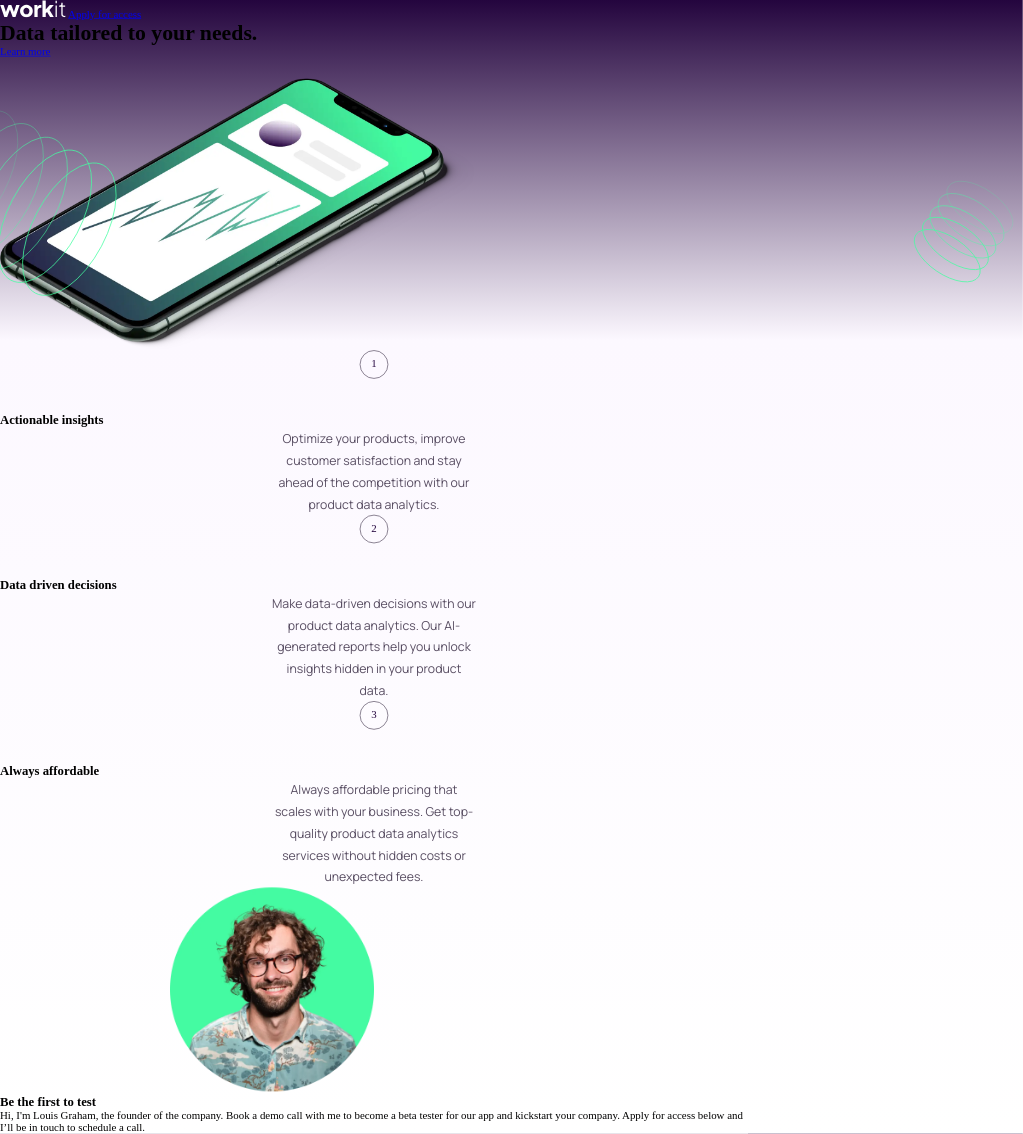
Repository: Arkitecth/landing_page
Page: starter-code/index.html
These files come from the project's save history. The page is drawn as it stood at one moment and after the next save; the edit follows.
The browser window is 1280 px wide. The page is 1504 px wide, so the pictures cover 1504 px, including what lies to the right of the window. The pictures show the whole page, at 68% of full size.

Above is the page before, as saved 2023-05-25 16:26:56.

### starter-code/index.html
<!DOCTYPE html>
<html lang="en">
<head>
  <meta charset="UTF-8">
  <meta http-equiv="X-UA-Compatible" content="IE=edge">
  <meta name="viewport" content="width=device-width, height=device-height, initial-scale=1.0, minimum-scale=1.0">
  <title>Work-it | Landing Page</title>
  <link rel="stylesheet" href="styles.css">
</head>
<body>
  <header id="header">
    <object class="bg-pattern-1" data="assets/images/bg-pattern-1.svg"></object>
    <object class="bg-pattern-2"data="assets/images/bg-pattern-2.svg"></object>
    <div class="container">
      <nav>
        <object data="assets/images/logo-light.svg"></object>
        <a class="btn-secondary" href="#">Apply for access</a>
      </nav>
      <div class="showcase">

        <h1>Data <span>tailored</span> to your needs.</h1>
        <a class="btn-primary"href="#">Learn more</a>
        <object class="image-hero" data="assets/images/image-hero.webp"></object>
      </div>
    </div>

  </header>


  <section id="feature">
    <div class="container grid">
      <div class="feature-content">
        <p class="feature-num">1</p>
        <h3>Actionable insights</h3>
        <p class="feature-paragraph">Optimize your products, improve customer satisfaction and stay ahead of the competition with our product data analytics.</p>
      </div>

      <div class="feature-content">
        <p class="feature-num">2</p>
        <h3>Data driven decisions</h3>
        <p class="feature-paragraph">Make data-driven decisions with our product data analytics. Our AI-generated reports help you unlock insights hidden in your product data.</p>
      </div>

      <div class="feature-content">
        <p class="feature-num">3</p>
        <h3>Always affordable</h3>
        <p class="feature-paragraph">Always affordable pricing that scales with your business. Get top-quality product data analytics services without hidden costs or unexpected fees.</p>
      </div>
    </div>
  </section>


  <section id="about">
    <div class="container">
        <object class="image-founder" data="assets/images/image-founder.webp" width="300" height="300"></object>
        <div class="about-text">
          <h3> Be the first to test </h3>
          <p> Hi, I'm Louis Graham, the founder of the company. Book a demo call with me to become a
          beta tester for our app and kickstart your company. Apply for access below and I’ll be
          in touch to schedule a call. </p>
        </div>
    </div>
  </section>
</body>
</html>

### starter-code/styles.css
@font-face {
    font-family: "Fraunces";
    src: url("/Users/trenttuedon/Desktop/workit-landing-page/starter-code/assets/fonts/fraunces/Fraunces-VariableFont_SOFT,WONK,opsz,wght.ttf");

}

@font-face {
    font-family: "Manrope";
    src: url("starter-code/assets/fonts/manrope/Manrope-VariableFont_wght.ttf");

}

* {
    margin: 0;
    padding: 0;
}

html,body {
    background: linear-gradient(180deg, rgba(36,5,62,1) 0%, rgba(252,248,255,1) 30%, rgba(255,255,255,1) 100%);
    width: 1100px;
}


/* Showcase */
.container {
    max-width: 1100px;
    margin:  auto;
}

.overlay {
    width: 1500px;
    max-width: 1500px;
    height: 730px;
    background-color: #24053e;
    border-radius: 100% /0 0 80px 80px;
}
.navbar {
    color: #fff;
    display: flex;
    justify-content: space-between;
    position: relative;
    top: 50px;
}

.navbar a {
    text-decoration: none;
    color: #fff;
}

.secondary-default {
    font-family: sans-serif;
    border-bottom: 3px solid #44ffa1;
}

.secondary-default:hover {
    color: #44ffa1;
}

.bg-pattern-1 {
   position: absolute;
   left: -140px;
   top: 140px;
}

.bg-pattern-2 {
    position: absolute;
    left: 1330px;
    top: 250px;
 }

.heading {
    justify-content: center;
    width: 635px;
    height: 258px;
    margin: 0 auto;
    margin-top: 146px;
    text-align: center;
}

.heading h1 {
    font-family: Fraunces;
    color: #fff;
    font-weight: 600;
    line-height: 80px;
    margin-bottom: 40px;
    font-size: 5em;
}

.underline {
    text-decoration: underline;
    text-decoration-thickness: 2px;
    text-decoration-color: #44ffa1;
    text-underline-offset: 6px;
}

.primary-default {
    font-family: sans-serif;
    line-height: 40px;
    background-color: #44ffa1;
    border: 0;
    color: black;
    text-decoration: none;
    padding: 20px 40px;
}

.primary-default:hover {
    background-color: #24053e;
    color: #44ffa1;
    border: 1px solid #44ffa1;
}

.image-hero {
    display: block;
    margin-top: 30px;
    width: 700px;
    height: 400px;
}

/* Features */
.grid-container {
    display: grid;
    padding-top: 200px;
    grid-template-rows: 1fr 1fr;
    grid-template-columns: 1fr 1fr 1fr;
    font-family: "Fraunces";
    gap: 30px;
    text-align: center;
}


.feature-num {
    border: 1px solid #584d62;
    border-radius: 50%;
    width: 20px;
    height: 20px;
    padding: 10px;
    margin: auto;
    text-align: center;
    margin-bottom: 50px;
    color: #24053e;
}


.purple-overlay {
    background: #fdf8ff;
    border-radius: 0 0 50% 50% / 50px;
    width: 1500px;
    height: 600px;

}

.feature-heading {
    margin-bottom: 40px;
    font-weight: 600;
    color: #24053e;
}

.feature-paragraph {
    font-family: "Manrope";
    font-size: 1.13em;
    line-height: 32px;
    width: 300px;
    text-align: center;
    font-weight: 400;
    color: #584d62;
    margin: auto;

}


/* About Section */

.image-founder {
    margin-left: 250px;
}

.about{
    position: relative;
    color: #fff;
    background-color: #24053e;
    width: 730px;
    height: 413px;
    bottom: 200px;
    left: 400px;
    margin-left: 100px;
}

.about-container {
    text-align: left;
    padding: 70px;
}

.about-container h3 {
    font-family: "Fraunces";
    font-size: 3.5em;
    font-weight: 600;
    margin-bottom: 32px;
}

.about-container p {
    font-family: "Manrope";
    font-weight: 400;
    font-size: 1.15em;
    line-height: 32px;
    margin-bottom: 30px;
}

.about-container a {
    margin-top: 100px;
}

.bg-pattern-3 {
    position: relative;
    bottom: 120px;
    left: 400px;
}

/* Footer */

.spacing {
    margin-top: 100px;
}

footer {
    background-color: #fff;
    margin-left: 300px;
    text-align: center;
    padding-bottom: 100px;
}

.icons {
    margin-top: 40px;

}

.icon {
    padding: 0 20px 0 20px;
}


/* Media Queries */

@media (min-width: 768px) and (max-width: 1024px) {

    .body {
        background-color: black;
    }
    .bg-pattern-1 {
        left: -200px;
    }

    .bg-pattern-2 {
        left: 1330px;
        overflow: hidden;
    }
    .grid-container {
        display: grid;
        position: relative;
        grid-template-columns: none;
        grid-template-rows: repeat(3, 1fr);
        margin-top: 200px;
        padding: 20px;
        gap: 100px;
        text-align: left;
    }
    .feature-heading {
       text-align: left;
       margin-left: 300px;
       margin-bottom: 20px;
    }
    .feature-num {
        position: absolute;
        left: 250px;
        margin-top: 50px;

    }

    .feature-paragraph {
        text-align: left;
        width: 493px;
        height: 56px;
    }


}

@media(max-width: 480px) {
    html,body {
        background: linear-gradient(180deg, rgba(36,5,62,1) 0%, rgba(252,248,255,1) 10%, rgba(255,255,255,1) 100%);
        font-size: 100%;
    }

    .bg-pattern-1, .bg-pattern-2, .bg-pattern-3 {
        display: none;
    }

    .purple-overlay {
        height: 1300px;
    }

    .grid-container {
        display: grid;
        grid-template-columns: none;
        grid-template-rows: repeat(3, 1fr);
        font-size: 1.75rem;
    }

    .feature-num {
        padding: 20px;
        padding-top: 10px;
        text-align: center;
    }

    .about {
        margin-top: 120px;
        margin-left: 10px;
    }

    .about-container {
        text-align: center;
    }

    .image-founder {
        margin-left: 600px;
    }

    footer {
        height: 500px;
        margin-left: 400px
    }
}

### starter-code/assets/images/bg-pattern-1.svg
<svg xmlns="http://www.w3.org/2000/svg" width="341" height="317" viewBox="0 0 341 317"><g fill="none" fill-rule="evenodd" stroke="#44FFA1" transform="rotate(-152 159.204 128.626)"><ellipse cx="54" cy="107.125" rx="53.5" ry="106.5"/><ellipse cx="94.706" cy="107" rx="53.5" ry="106.5"/><ellipse cx="134.529" cy="107.344" opacity=".75" rx="52.5" ry="106.5"/><ellipse cx="175.705" cy="108.102" opacity=".5" rx="53.5" ry="106.5"/><ellipse cx="217.294" cy="107.508" opacity=".25" rx="52.5" ry="106.5"/></g></svg>

After the next save:
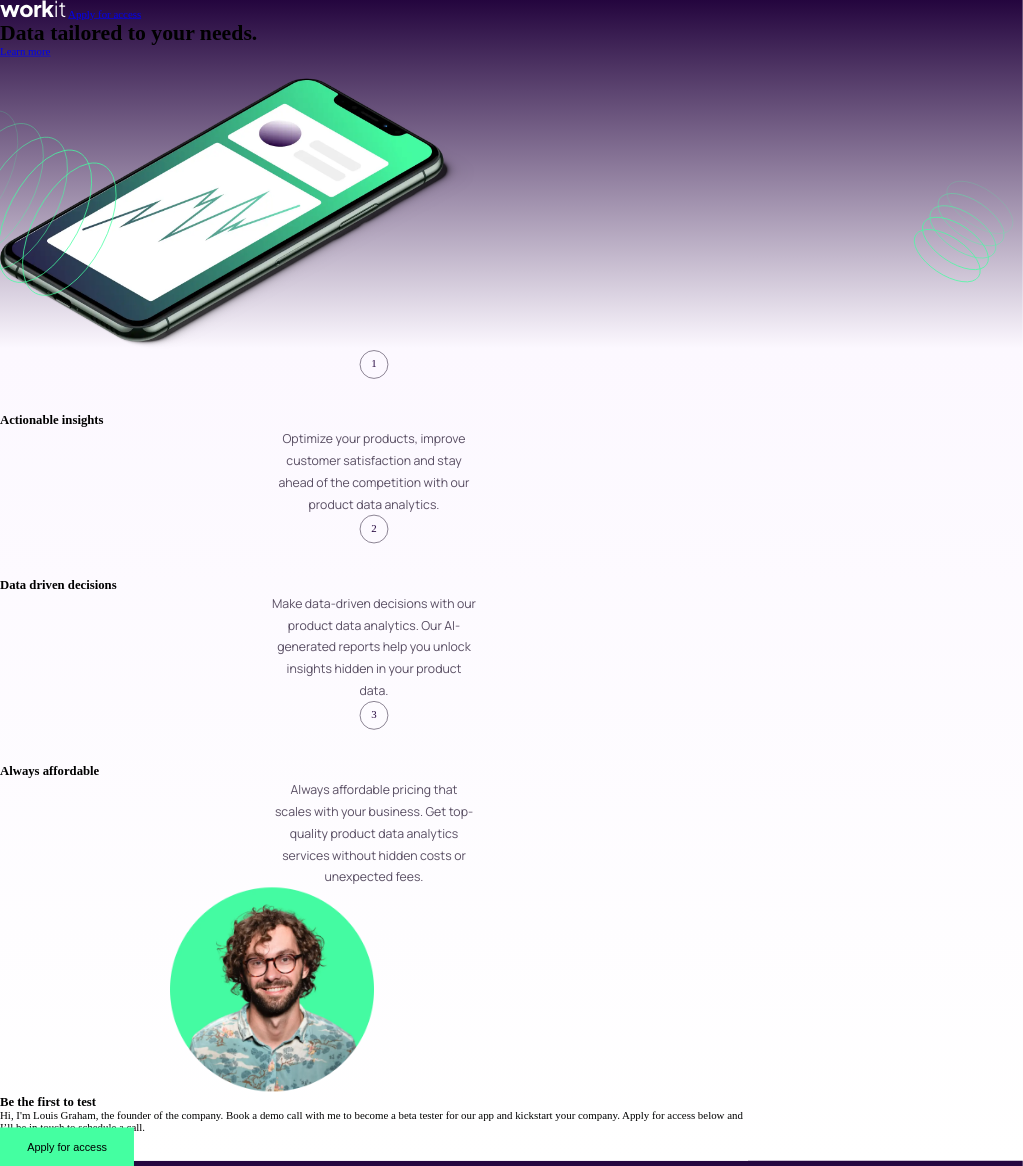
Saved 13 s later.
--- a/starter-code/index.html
+++ b/starter-code/index.html
@@ -59,6 +59,7 @@
           beta tester for our app and kickstart your company. Apply for access below and I’ll be
           in touch to schedule a call. </p>
         </div>
+        <a class="primary-default" href="#"> Apply for access </a>
     </div>
   </section>
 </body>
